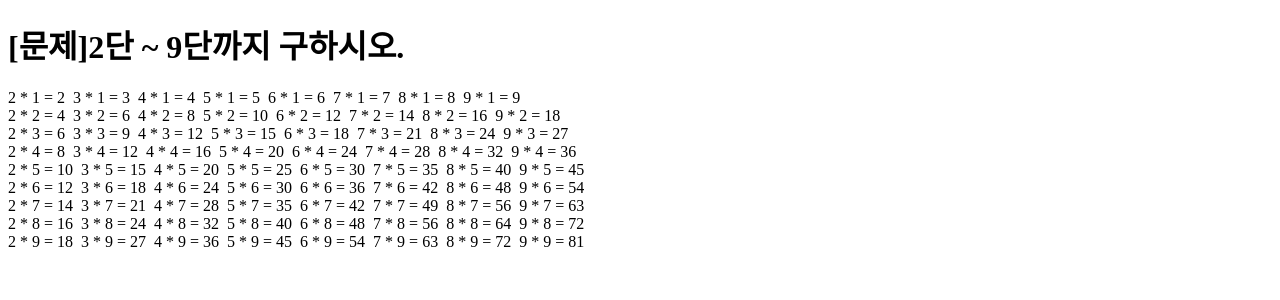
Repository: ssummini/Web
Page: JavaScript/src/main/webapp/practice/practice02.html
An editor plug-in stored every save of this project. The page is shown before and after the next save, followed by the edit.
The browser window is 1280 px wide. The pictures show the whole page.

Above is the page before, as saved 2024-08-21 07:04:13.

After the next save:
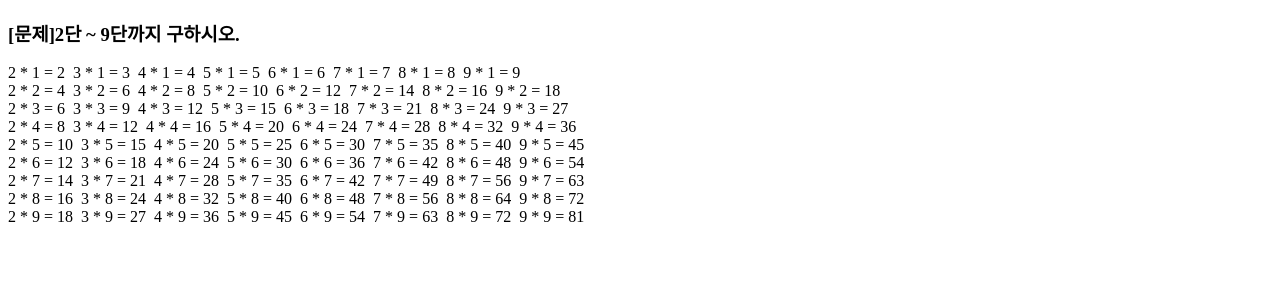
Saved 44 s later.
--- a/JavaScript/src/main/webapp/practice/practice02.html
+++ b/JavaScript/src/main/webapp/practice/practice02.html
@@ -5,7 +5,7 @@
 <title>Insert title here</title>
 </head>
 <body>
-	<h1>[문제]2단 ~ 9단까지 구하시오.</h1>
+	<h3>[문제]2단 ~ 9단까지 구하시오.</h3>
 
 <script type="text/javascript">
 	for(let x=1; x<10; x++){

After the save that followed:
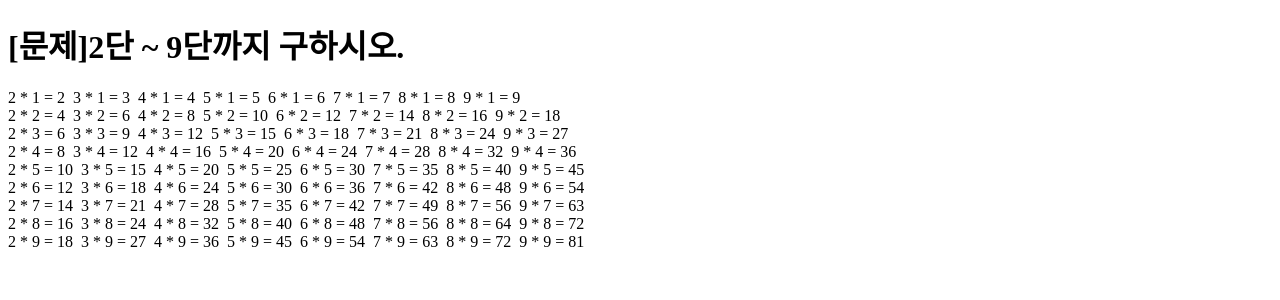
Saved 18 s later.
--- a/JavaScript/src/main/webapp/practice/practice02.html
+++ b/JavaScript/src/main/webapp/practice/practice02.html
@@ -5,7 +5,7 @@
 <title>Insert title here</title>
 </head>
 <body>
-	<h3>[문제]2단 ~ 9단까지 구하시오.</h3>
+	<h1>[문제]2단 ~ 9단까지 구하시오.</h1>
 
 <script type="text/javascript">
 	for(let x=1; x<10; x++){
